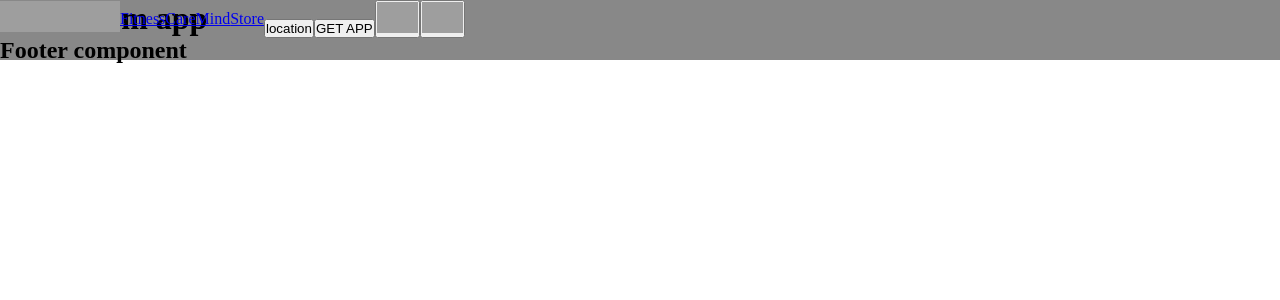
Repository: 1sanjeetsharma/cult-fit-clone
Page: /
These files come from the project's save history. The page is drawn as it stood at one moment and after the next save; the edit follows.
The browser window is 1280 px wide. The pictures show the whole page.
Pictures or frames that could not be fetched are drawn as grey boxes. The project was rebuilt for these pictures with package versions that can differ from the ones it lists, and the page was loaded fresh each time. Also part of the build but not shown: vite.config.js.

Above is the page before, as saved 2023-07-22 22:42:18.

After the next save:
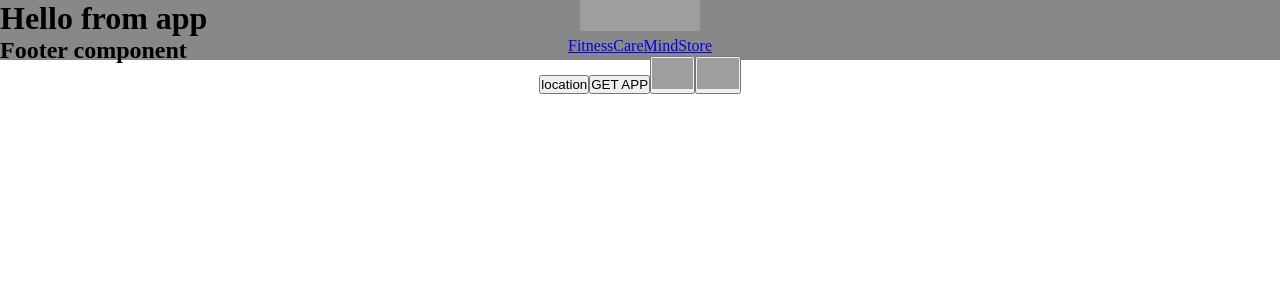
Saved 19 s later.
--- a/src/components/body/Navbar/navbar.css
+++ b/src/components/body/Navbar/navbar.css
@@ -26,7 +26,7 @@ nav {
 
 	align-items: center;
 	line-height: 20px;
-	flex-flow: row;
+	flex-flow: column;
 	/* justify-content: space-between; */
 }
 .tabs {
